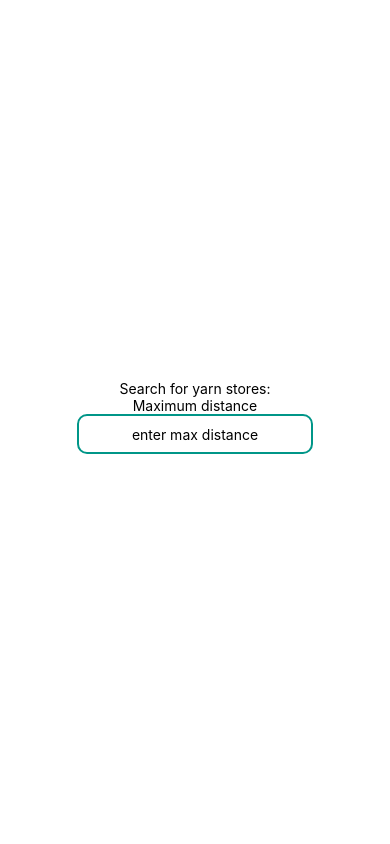
Repository: anuslorah/StashEnhancer
Screen: / (app in StashEnhancer1/)
These files come from the project's save history. The screen is drawn as it stood at one moment and after the next save; the edit follows.
The app was drawn by React Native's web renderer in a window 390 px wide. The project was rebuilt for these pictures with package versions that can differ from the ones it lists, and the page was loaded fresh each time.

Above is the screen before, as saved 2019-06-27 18:01:24.

After the next save:
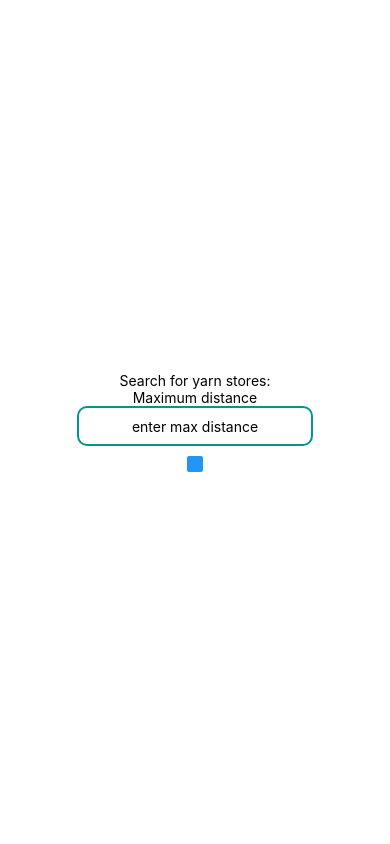
Saved 60 s later.
--- a/StashEnhancer1/App.js
+++ b/StashEnhancer1/App.js
@@ -1,5 +1,5 @@
 import React from 'react';
-import { StyleSheet, Text, TextInput, View } from 'react-native';
+import { StyleSheet, Text, TextInput, Button, View } from 'react-native';
 
 export default function App() {
   return (
@@ -10,6 +10,7 @@ export default function App() {
           underlineColorAndroid='transparent'
           style={styles.TextInputStyle}
           keyboardType={'numeric'}></TextInput>
+      <Button>look for yarn!</Button>
     </View>
   );
 }
